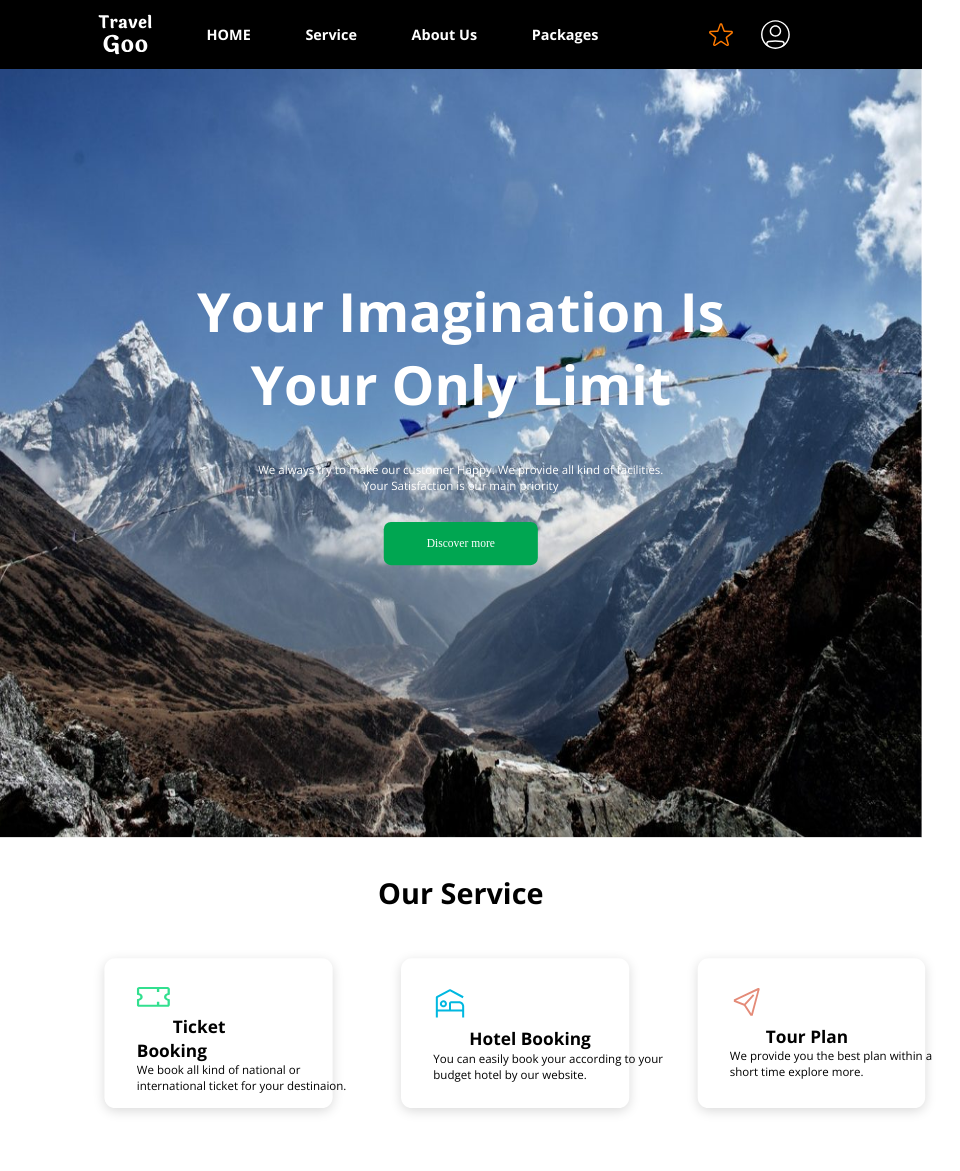
Repository: kubrazamanova/Background-Image
Page: index.html
The author's editor kept a copy of each file at every save. The page is drawn from the files as they stood at one save, then again after the next save.
The browser window is 1280 px wide. The page is 1333 px wide, then 1280 px, so the pictures cover 1333 px, including what lies to the right of the window. The pictures show the whole page, at 72% of full size.

Above is the page before, as saved 2023-10-17 18:56:51.

After the next save:
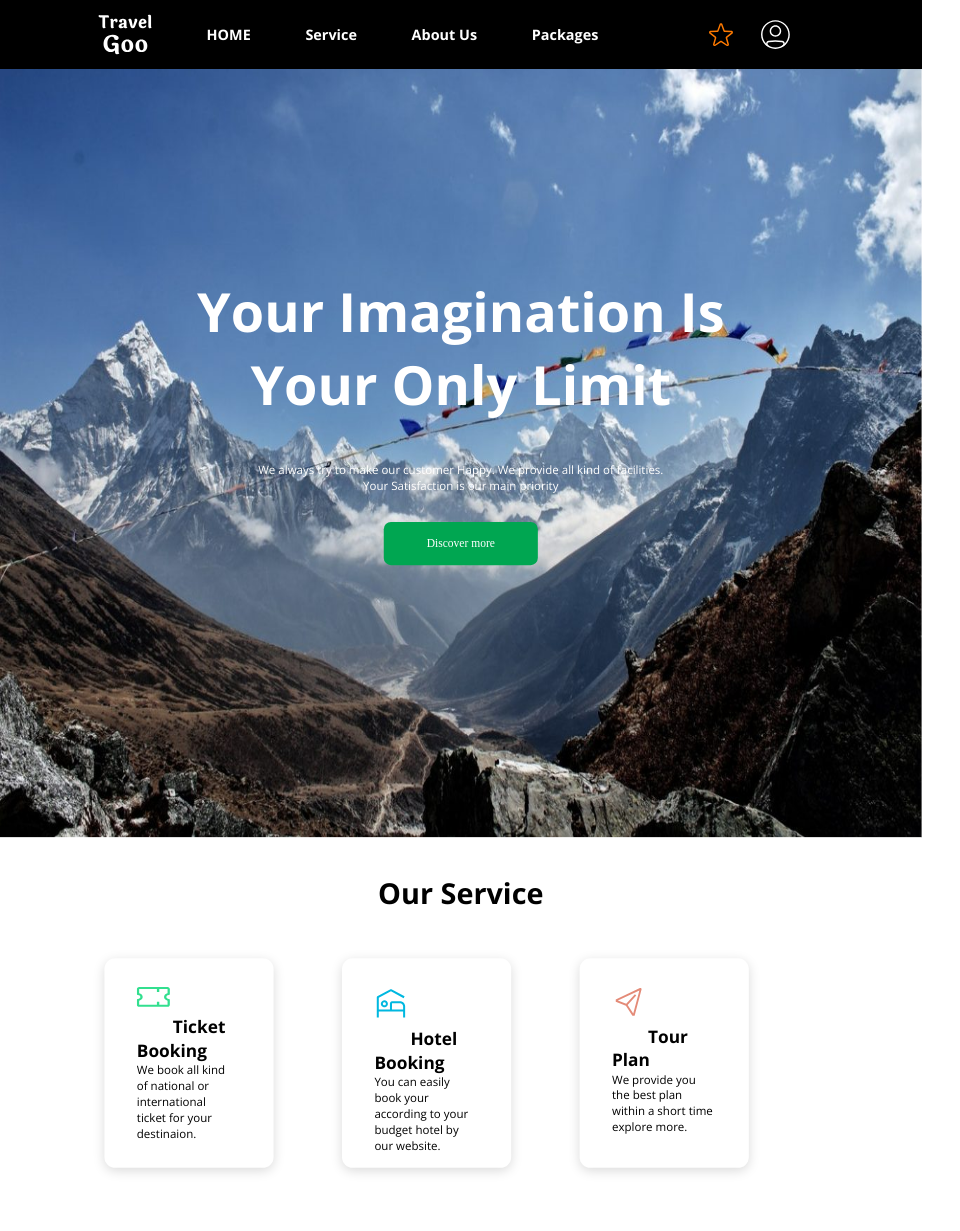
Saved 16 s later.
--- a/index.css
+++ b/index.css
@@ -143,7 +143,7 @@ main {
 }
 
 .our-service-page ul li p {
-  width: 319px;
+  /* width: 319px; */
   color: #000;
   font-family: Open Sans;
   font-size: 16px;
